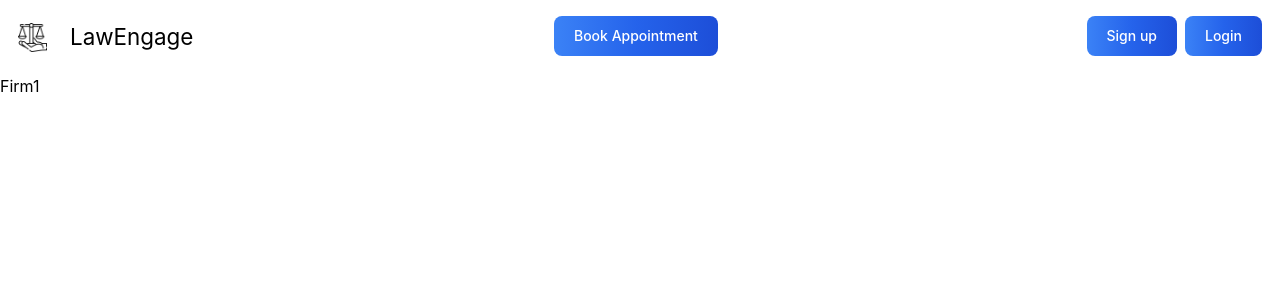
Repository: khushijain8/Lawyer-appointment-application
Page: /book (app in frontend/)
An editor plug-in stored every save of this project. The page is shown before and after the next save, followed by the edit.
The browser window is 1280 px wide. The pictures show the whole page.
The project was rebuilt for these pictures with package versions that can differ from the ones it lists, and the page was loaded fresh each time. Also part of the build but not shown: frontend/src/App.css, frontend/src/components/Signup/Signup.css, frontend/src/components/Signup/Signup.jsx, frontend/src/components/Login/Login.css, frontend/src/components/Login/Login.jsx.

Above is the page before, as saved 2025-01-22 14:54:29.

After the next save:
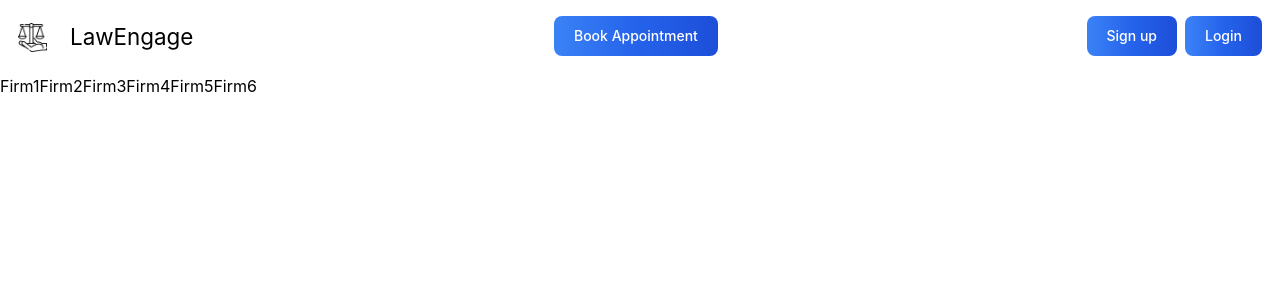
Saved 27 s later.
--- a/frontend/src/components/Book/Book.jsx
+++ b/frontend/src/components/Book/Book.jsx
@@ -5,6 +5,11 @@ function Book() {
   return (
     <div>
       <button onclick={()=>navigate('/firm1')}>Firm1</button>
+      <button onclick={()=>navigate('/firm1')}>Firm2</button>
+      <button onclick={()=>navigate('/firm1')}>Firm3</button>
+      <button onclick={()=>navigate('/firm1')}>Firm4</button>
+      <button onclick={()=>navigate('/firm1')}>Firm5</button>
+      <button onclick={()=>navigate('/firm1')}>Firm6</button>
     </div>
   )
 }
